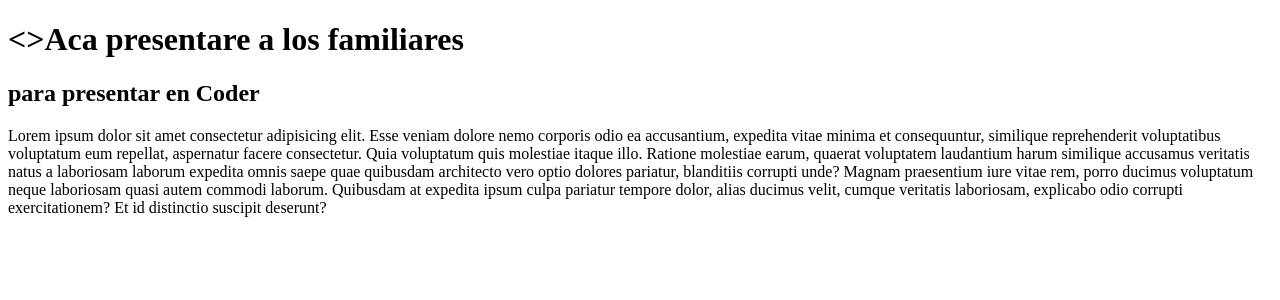
Repository: gadiazsaavedra/Familiares
Page: Familiares/Familiares/plantillas/template1.html
An editor plug-in stored every save of this project. The page is shown before and after the next save, followed by the edit.
The browser window is 1280 px wide. The pictures show the whole page.

Above is the page before, as saved 2021-12-07 16:18:12.

After the next save:
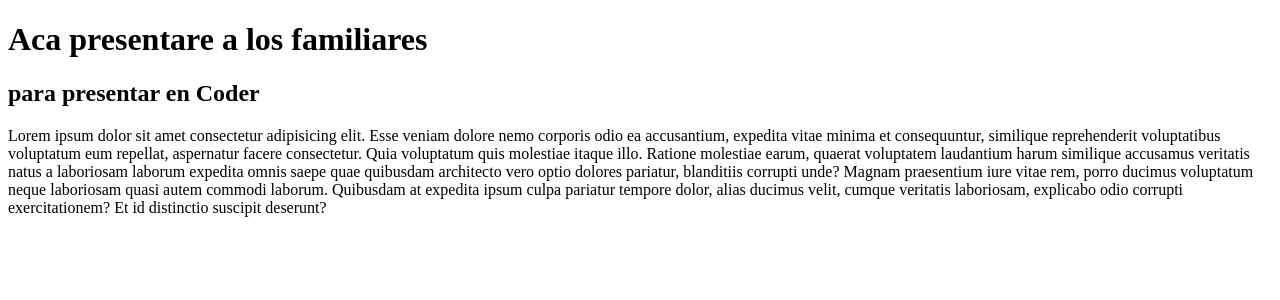
Saved 10 s later.
--- a/Familiares/Familiares/plantillas/template1.html
+++ b/Familiares/Familiares/plantillas/template1.html
@@ -7,7 +7,7 @@
     <title>Familia</title>
 </head>
 <body>
-    <h1><>Aca presentare a los familiares</h1>
+    <h1>Aca presentare a los familiares</h1>
     <h2>para presentar en Coder</h2>
     <p>Lorem ipsum dolor sit amet consectetur adipisicing elit. Esse veniam dolore nemo corporis odio ea accusantium, expedita vitae minima et consequuntur, similique reprehenderit voluptatibus voluptatum eum repellat, aspernatur facere consectetur. Quia voluptatum quis molestiae itaque illo. Ratione molestiae earum, quaerat voluptatem laudantium harum similique accusamus veritatis natus a laboriosam laborum expedita omnis saepe quae quibusdam architecto vero optio dolores pariatur, blanditiis corrupti unde? Magnam praesentium iure vitae rem, porro ducimus voluptatum neque laboriosam quasi autem commodi laborum. Quibusdam at expedita ipsum culpa pariatur tempore dolor, alias ducimus velit, cumque veritatis laboriosam, explicabo odio corrupti exercitationem? Et id distinctio suscipit deserunt?</p>
 </body>
